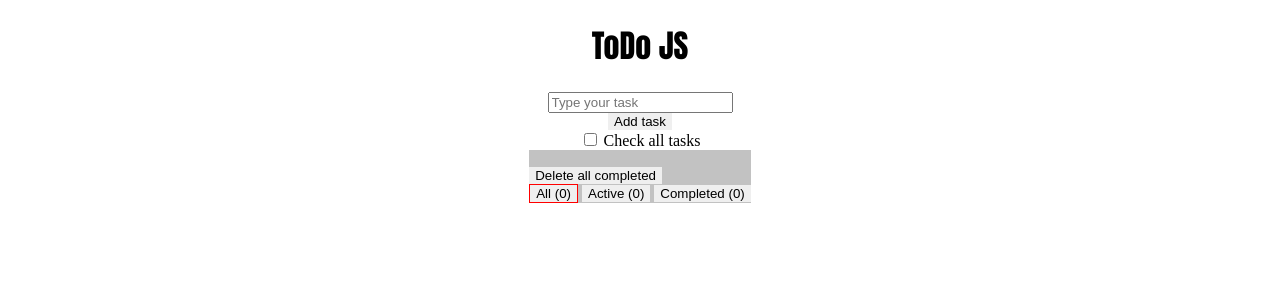
Repository: mklyagin/klyagin_todojs
Page: index.html
An editor plug-in stored every save of this project. The page is shown before and after the next save, followed by the edit.
The browser window is 1280 px wide. The pictures show the whole page.

Above is the page before, as saved 2024-02-27 15:46:45.

After the next save:
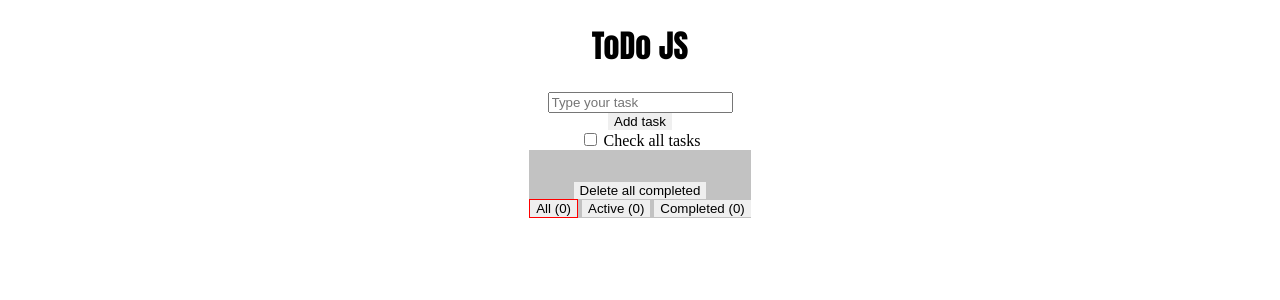
Saved 31 s later.
--- a/style.css
+++ b/style.css
@@ -16,6 +16,10 @@ button {
 }
 
 .task-functions {
+  display: flex;
+  flex-direction: column;
+  align-items: center;
+  justify-content: space-between;
   background: #c2c2c2;
 }
 
